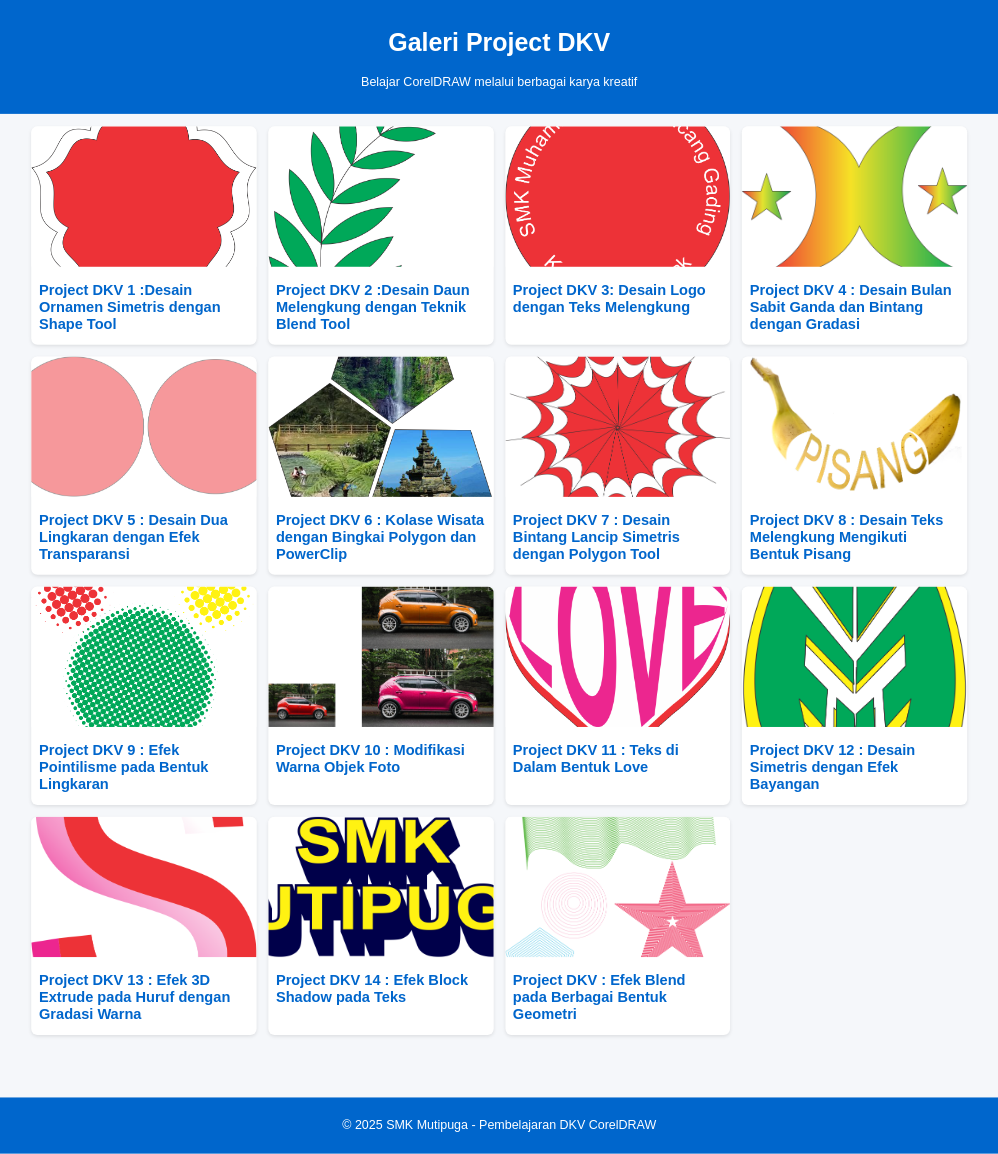
Repository: ppdbsmkmutipuga/galeriprojectdkvsmkmutipuga
Page: index.html
These files come from the project's save history. The page is drawn as it stood at one moment and after the next save; the edit follows.
The browser window is 1280 px wide. The pictures show the whole page, at 78% of full size.

Above is the page before, as saved 2025-08-14 06:29:52.
Console error: TypeError: Cannot read properties of null (reading 'addEventListener')

After the next save:
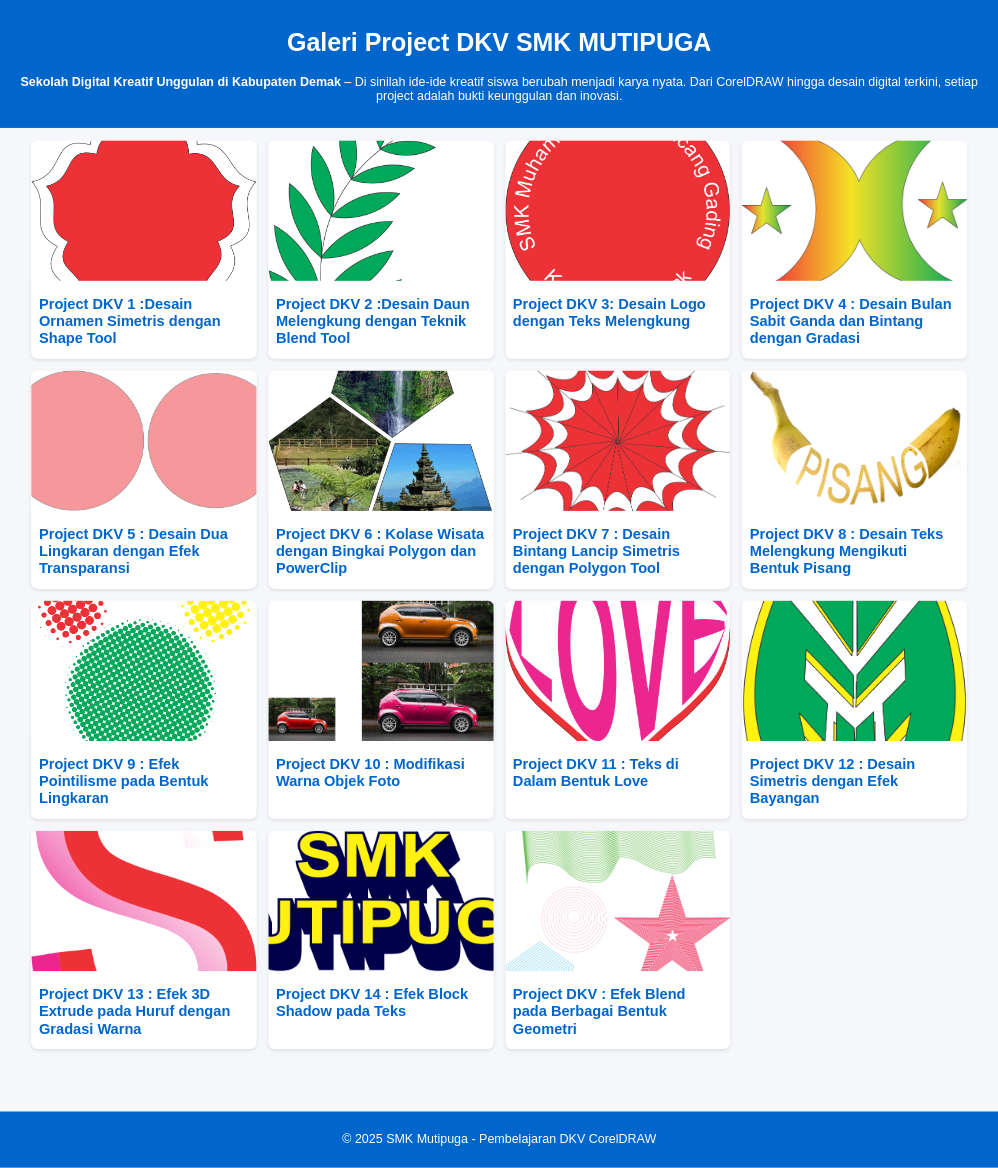
Saved 93 s later.
--- a/index.html
+++ b/index.html
@@ -11,8 +11,10 @@
 <body>
 
     <header>
-        <h1>Galeri Project DKV</h1>
-        <p>Belajar CorelDRAW melalui berbagai karya kreatif</p>
+        <h1>Galeri Project DKV SMK MUTIPUGA</h1>
+        <p><strong>Sekolah Digital Kreatif Unggulan di Kabupaten Demak</strong> –
+            Di sinilah ide-ide kreatif siswa berubah menjadi karya nyata.
+            Dari CorelDRAW hingga desain digital terkini, setiap project adalah bukti keunggulan dan inovasi.</p>
     </header>
 
     <main>
